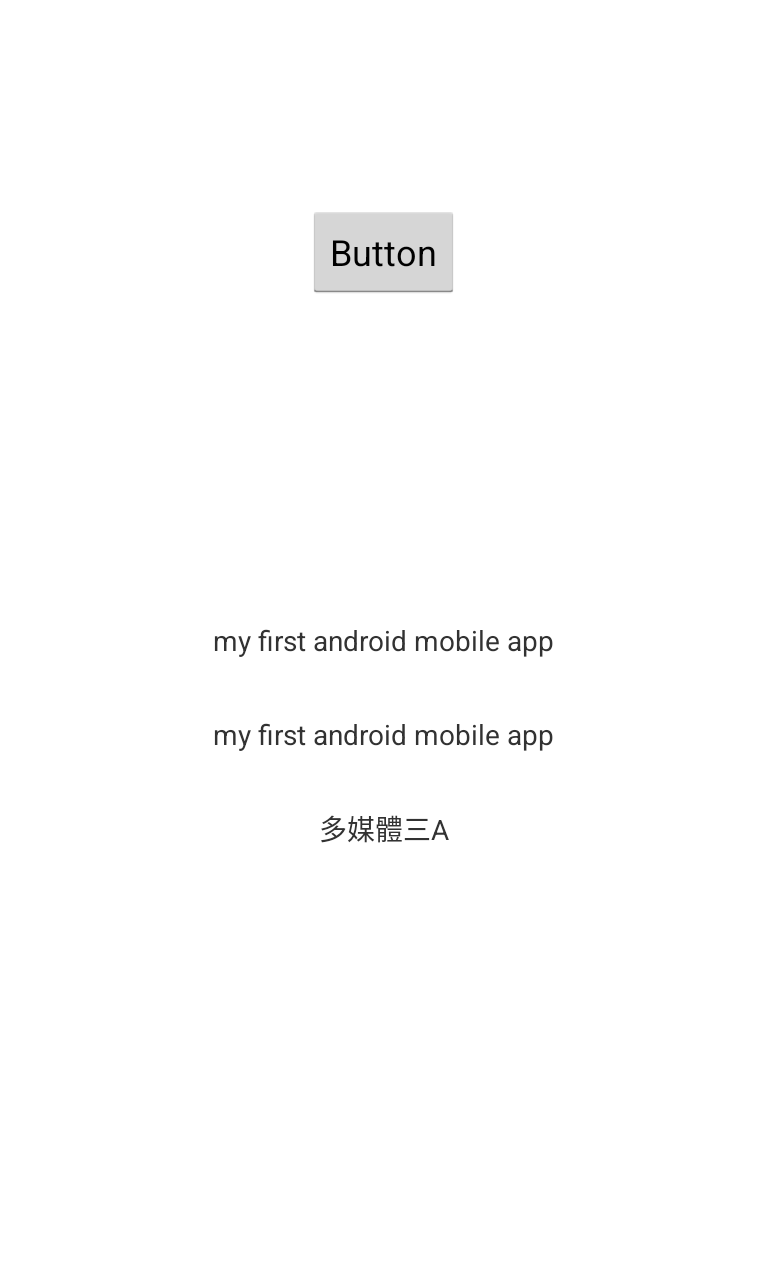
Repository: ericluo1123/myAndroidCode
Layout: myAndroidProject/res/layout/activity_main.xml
An editor plug-in stored every save of this project. The layout is shown before and after the next save, followed by the edit.
It is drawn on a 768 x 1280 px phone screen (xhdpi) without system bars, with theme AppTheme; the app's code is not run.

Above is the layout before, as saved 2014-09-25 08:12:49.

After the next save:
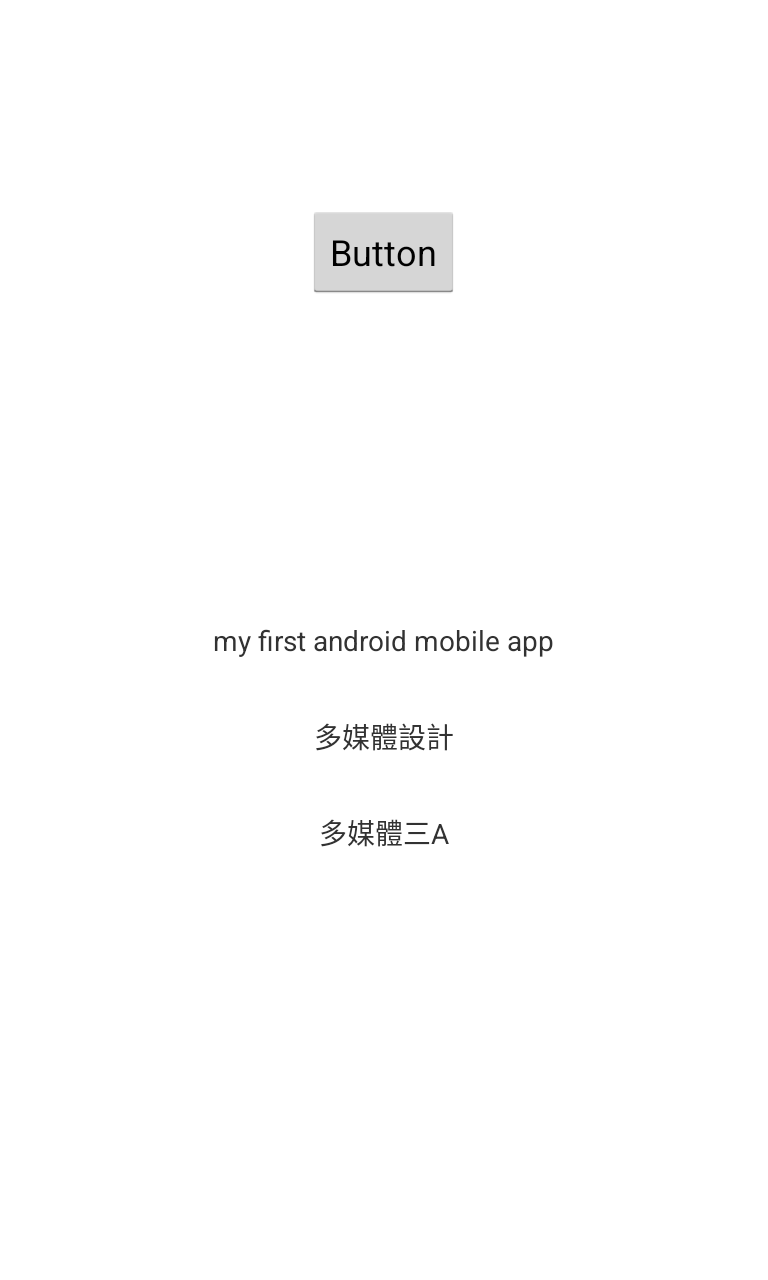
Saved 112 s later.
--- a/myAndroidProject/res/layout/activity_main.xml
+++ b/myAndroidProject/res/layout/activity_main.xml
@@ -23,7 +23,7 @@
         android:layout_below="@+id/textView2"
         android:layout_centerHorizontal="true"
         android:layout_marginTop="28dp"
-        android:text="@string/hello_world" />
+        android:text="多媒體設計" />
 
     <TextView
         android:id="@+id/textView3"
